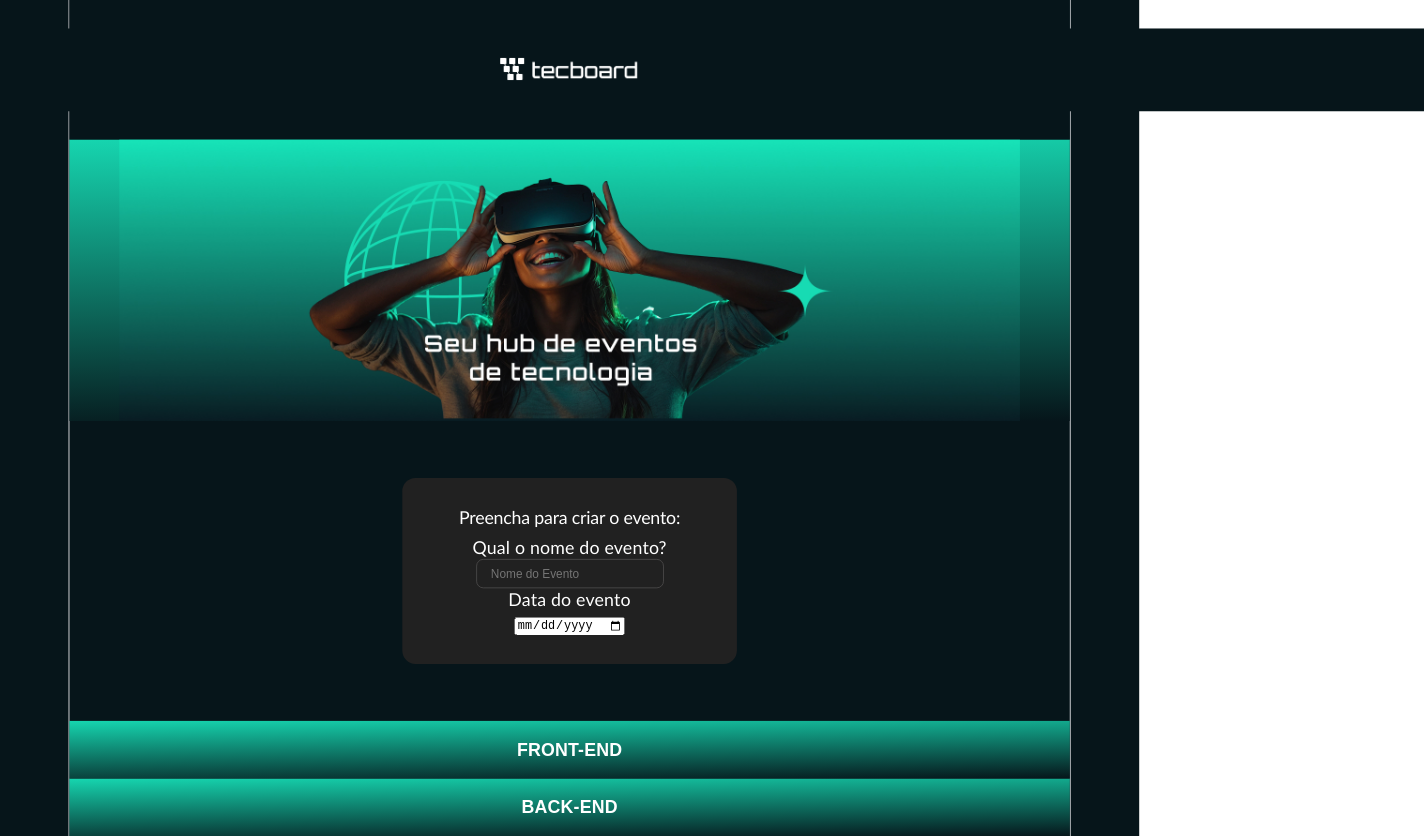
Repository: fernandadev12/techboard
Page: /
The author's editor kept a copy of each file at every save. The page is drawn from the files as they stood at one save, then again after the next save.
The browser window is 1280 px wide. The page is 1600 px wide, so the pictures cover 1600 px, including what lies to the right of the window. The pictures show the whole page, at 89% of full size.
The project was rebuilt for these pictures with package versions that can differ from the ones it lists, and the page was loaded fresh each time. Also part of the build but not shown: vite.config.js.

Above is the page before, as saved 2026-06-14 14:51:50.

After the next save:
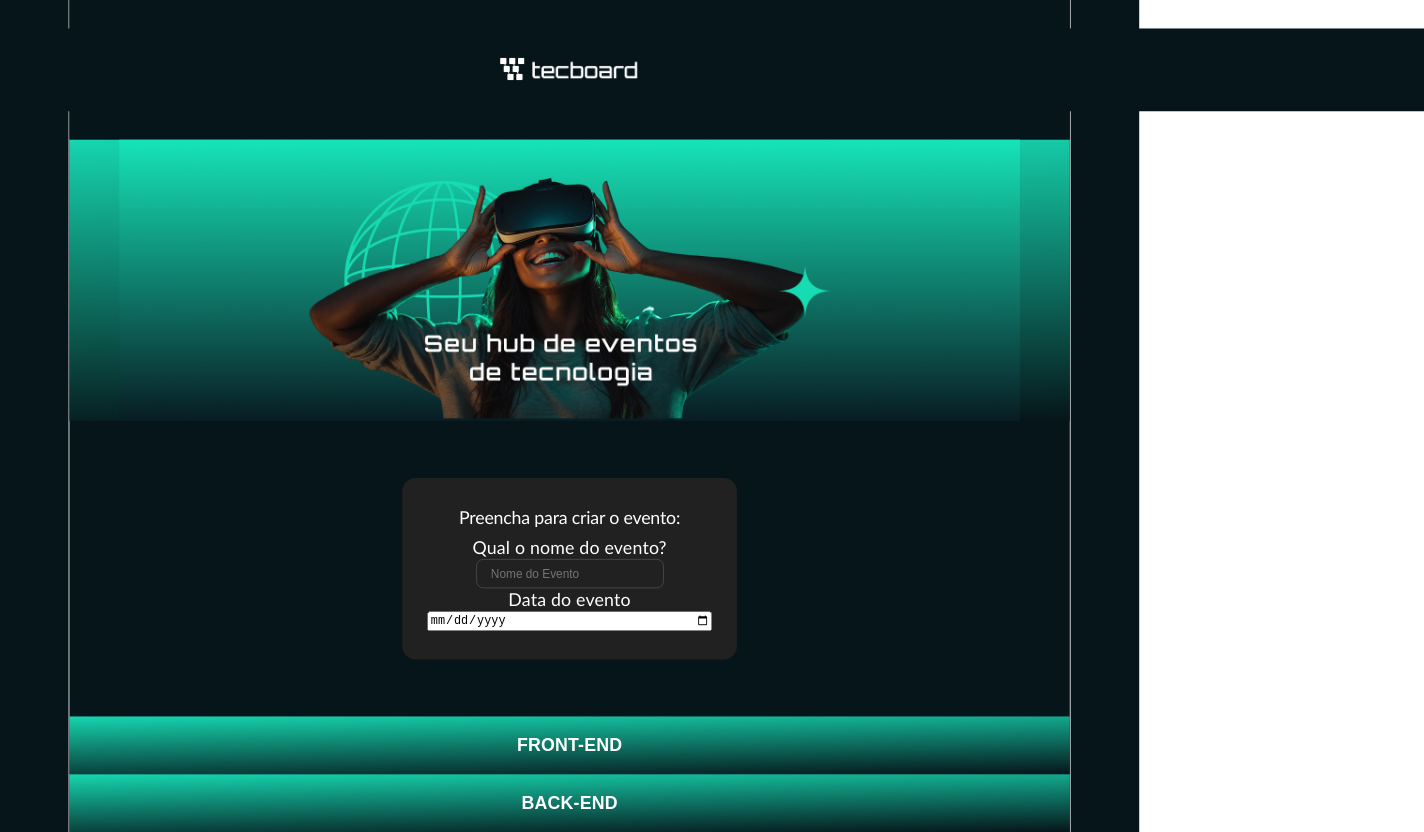
Saved 53 s later.
--- a/src/componentes/FormularioDeEvento/index.jsx
+++ b/src/componentes/FormularioDeEvento/index.jsx
@@ -16,8 +16,9 @@
       />
       <br></br>
       <LabelFormulario htmlFor="dataEvento">Data do evento</LabelFormulario>
-      <CampoFormulario />
-      <input type="date" id="dataEvento" name="dataEvento" />
+      <CampoFormulario>
+        <input type="date" id="dataEvento" name="dataEvento" />
+      </CampoFormulario>
     </form>
   );
 }
